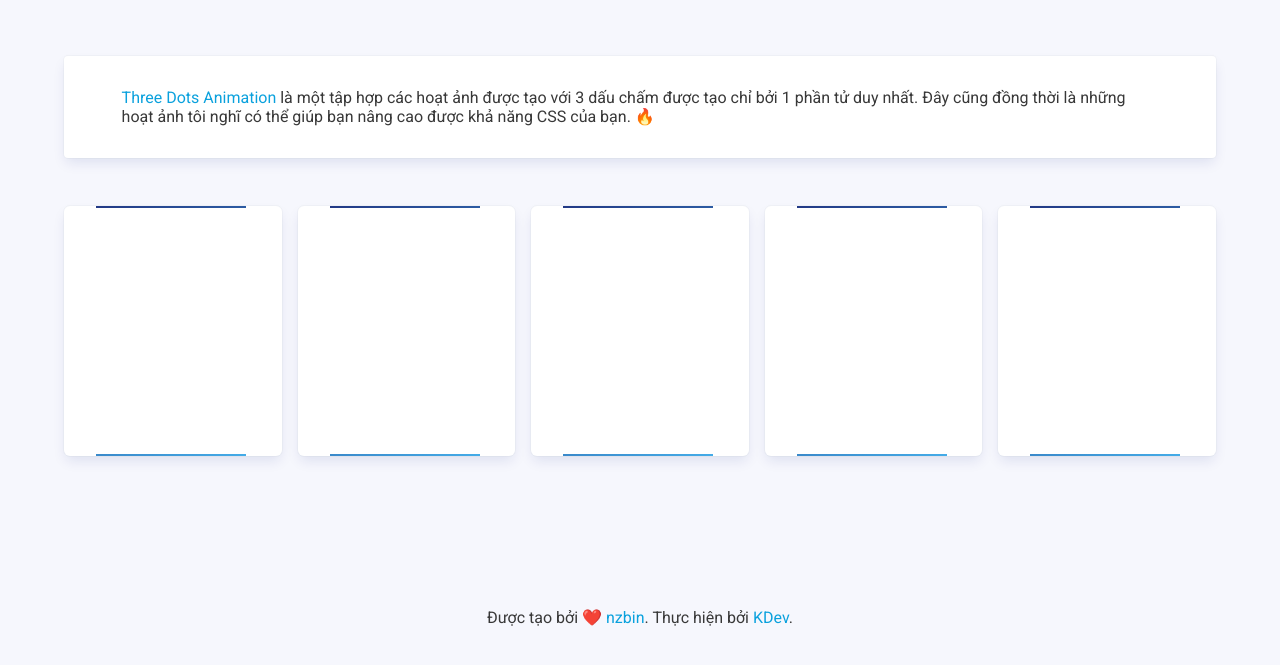
Repository: haokiet2501/lazy-loader-animation
Page: index.html
The author's editor kept a copy of each file at every save. The page is drawn from the files as they stood at one save, then again after the next save.
The browser window is 1280 px wide. The pictures show the whole page.
The style sheet was rebuilt from its Sass, Less or Tailwind sources for each picture, by a compiler version that may differ from the author's.

Above is the page before, as saved 2022-05-06 20:28:36.

After the next save:
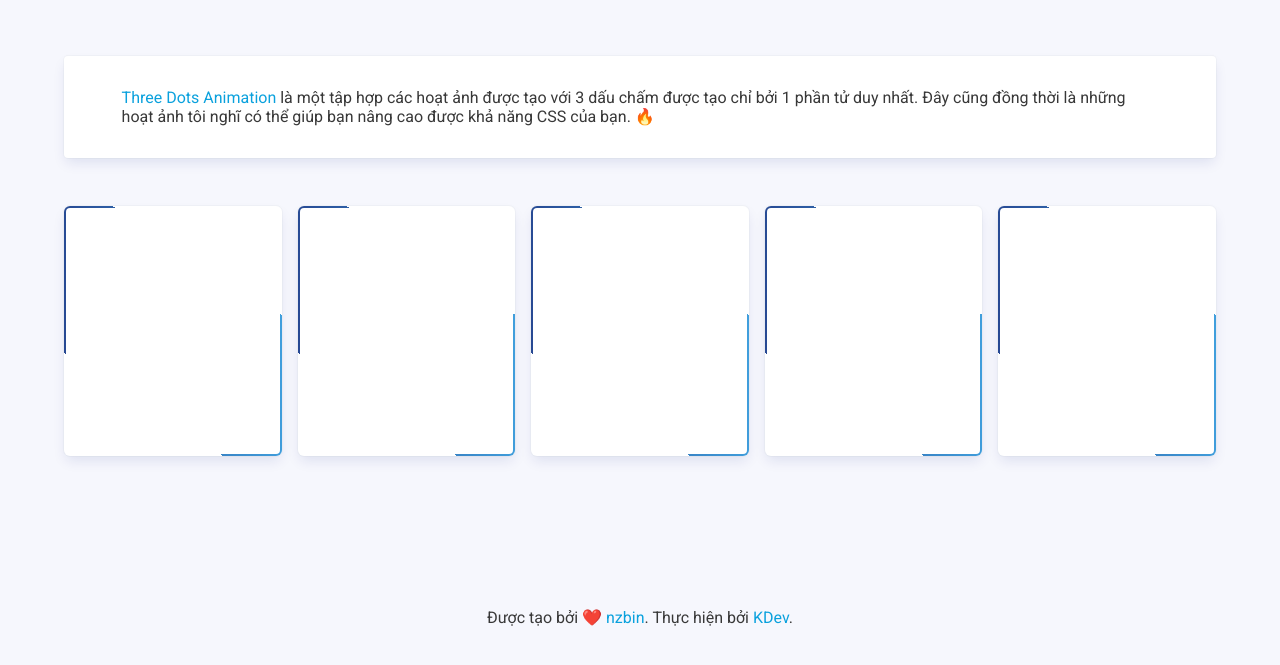
Saved 11 s later.
--- a/sass/styles.scss
+++ b/sass/styles.scss
@@ -35,7 +35,7 @@
     width: 150px;
     height: 140%;
     background: linear-gradient(145deg, #1E2A78 , #49BCF6);
-    animation: animate cubic-bezier(0.075, 0.82, 0.165, 1) infinite;
+    animation: animate 4s cubic-bezier(0.075, 0.82, 0.165, 1) infinite;
 }
 
 .box::after {

After the save that followed:
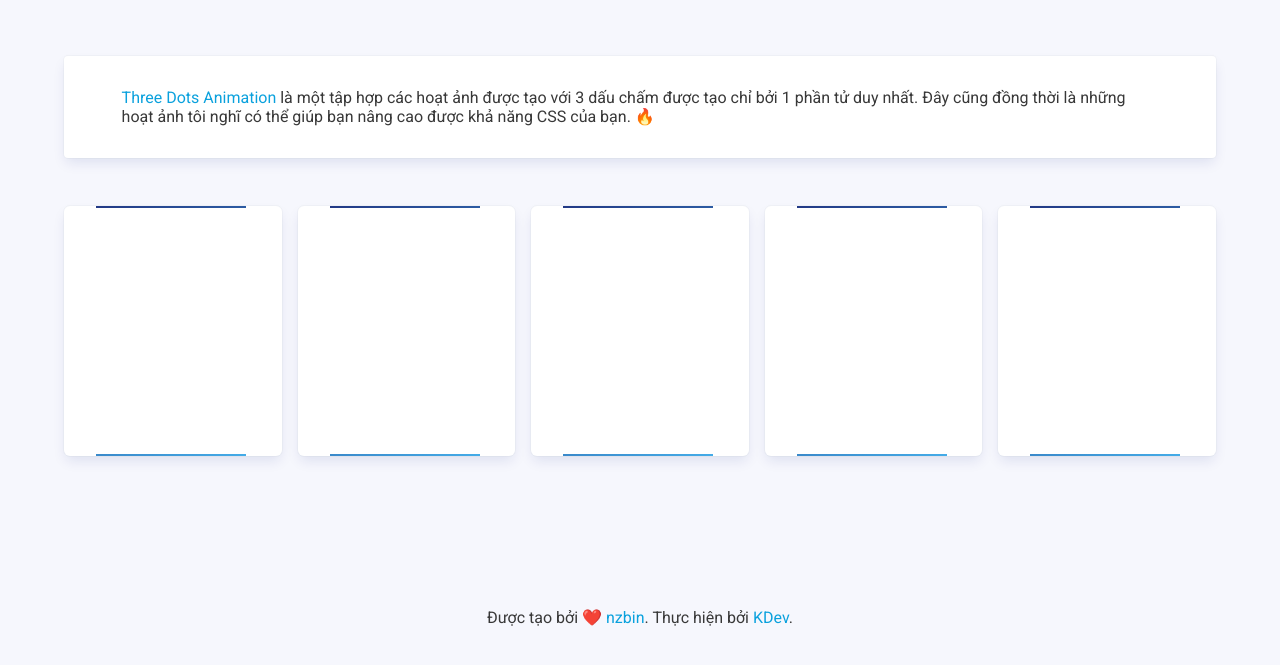
Saved 24 s later.
--- a/sass/styles.scss
+++ b/sass/styles.scss
@@ -35,7 +35,7 @@
     width: 150px;
     height: 140%;
     background: linear-gradient(145deg, #1E2A78 , #49BCF6);
-    animation: animate 4s cubic-bezier(0.075, 0.82, 0.165, 1) infinite;
+    animation: animate 4s cubic-bezier(0.075, 0.82, 0.165, 1) linear infinite;
 }
 
 .box::after {
